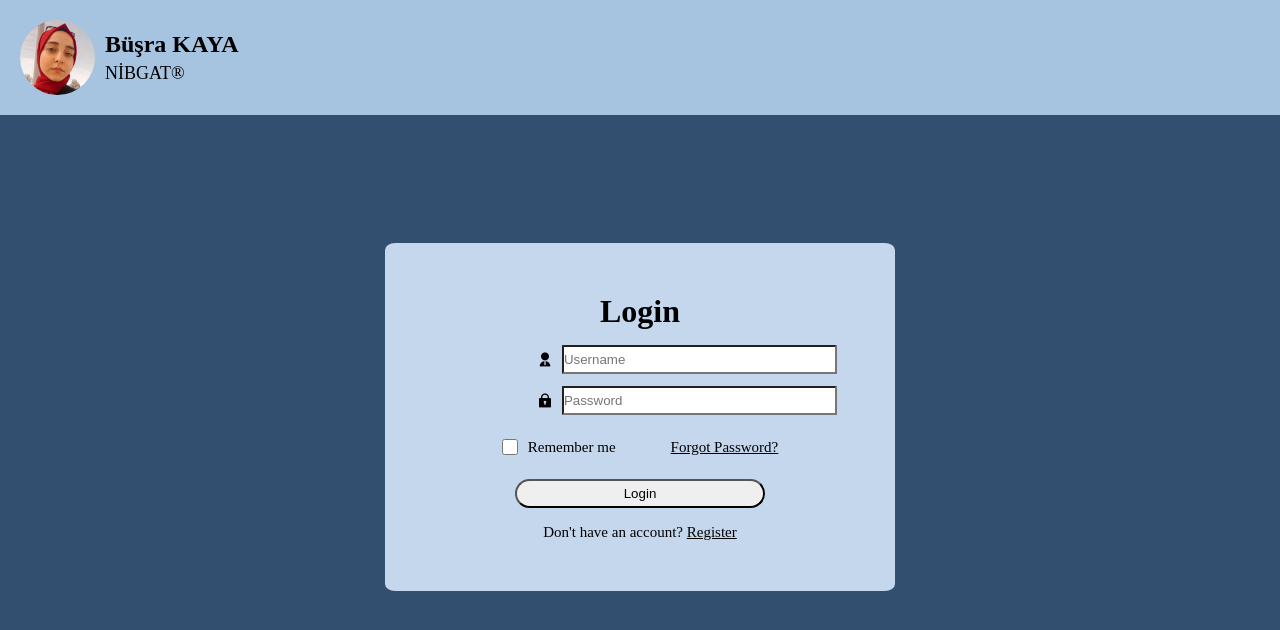
Repository: busra-kayaa/LoginPage
Page: login.html
These files come from the project's save history. The page is drawn as it stood at one moment and after the next save; the edit follows.
The browser window is 1280 px wide. The pictures show the whole page.

Above is the page before, as saved 2024-01-05 18:22:52.

### login.html
<!DOCTYPE html>
<html>
    <head>
        <meta name="author" content="Büşra Kaya"/>
        <title>Login Page</title>
        <link
            rel="stylesheet"
            href="./style.css"
            type="text/css"
        />
        <link
            rel="stylesheet"
            href="https://cdnjs.cloudflare.com/ajax/libs/remixicon/3.5.0/remixicon.css"
            crossorigin=""
        />  <!--Remixicon ikon kitaplığını bağlamak için bir stil dosyasını içerir.-->

    </head>
    <body>
        <div class="header-container">
            <div
                class="header-left-side-container"
            >
                <img
                    src="./busra.jpg"
                    height="75px"
                    width="75px"
                    class="logo"
                />
                <div class="header-desc-container">
                    <span class="header-title">
                        Büşra KAYA
                    </span>
                    <span class="header-content">
                        NİBGAT®
                    </span>
                </div>
            </div>
        </div>
        <div class="login-from-container">
            <div class ="login-text"><h1>Login</h1></div>
            <div class="input-group1">
                <i class="ri-user-2-fill"></i>
                <input
                    type="text"
                    placeholder="Username"
                    class="input-text"
                    autocomplete="off"
                />
            </div>
            <div class="input-group2">
                <i class="ri-lock-2-fill"></i>
                <input
                    type="password"
                    placeholder="Password"
                    class="input-text"
                    autocomplete="off"
                />
            </div>
            <div class="login__check">
                <div class="login__check-box">
                   <input type="checkbox" class="login__check-input" id="user-check">
                   <label for="user-check" class="login__check-label">Remember me</label>
                </div>

                <a href="#" target="_blank" class="login__forgot">Forgot Password?</a>
             </div>

             <button onclick="alert('Başarıyla Giriş Yaptınız.')" type="submit" class="login__button">Login</button>

             <div class="login__register">
                Don't have an account? <a href="#"  target="_blank">Register</a>
             </div>
        </div>
    </body>
</html>

### style.css

* {
    padding: 0;
    margin: 0;
}

body {
    background-color: #334F70;
}

.header-container {
    justify-content: space-between;
    background-color: #A6C4E0;
    flex-direction: row;
    align-items: center;
    padding: 20px;
    display: flex;
    margin-bottom: 10%;
}
.header-left-side-container {
    flex-direction: row;
    align-items: center;
    display: flex;
}

.logo {
    border-radius: 50%;
    margin-right: 10px;
}

.header-desc-container {
    display: flex;
    flex-direction: column;
}

.header-title {
    display: flex;
    flex-direction:column;
    font-weight: bold;
    font-size: 24px;
    margin-bottom: 5px;
}

.header-content {
    font-weight:normal;
    font-size: 18px;
    color:rgb(0, 0, 0);
}

.login-from-container {
    background-color: #C5D7ED;
    display: flex;
    border-radius: 2%;
    flex-direction: column;
    align-items: center;
    text-align: center;
    margin: auto;
    width: 32%;
    padding: 50px;
}

.login-text {
    padding-bottom: 15px;
}

.input-group1 {
    display: grid;
    grid-template-columns: 1fr max-content;
    column-gap: .55rem;
    align-items: center;
    margin-bottom: 3%;
}

.input-group1 i {
    font-size: 100 200 px;
}

.input-group2 {
    display: grid;
    grid-template-columns: 1fr max-content;
    column-gap: .55rem;
    align-items: center;

}

.input-group2 i {
    font-size: 100 200 px;
}
.input-text {
    display: flex;
    flex-direction: column;
    width: 150%;
    height: 25px;
    border-radius: 1%;
}

.login__check,
.login__check-box {
    display: flex;
    justify-content: space-between;
    align-items: center;
}

.login__check {
    font-size: 15px;
    margin-top: 1rem;
    margin-bottom: 1rem;
    gap: 55px;
}

.login__check-box {
    column-gap: 10px;
}

.login__check-input {
    width: 1rem;
    height: 2rem;
}

.login__forgot {
    color: black;
}

.login__forgot:hover {
    text-decoration: underline;
}

.login__button {
    width: 250px;
    padding: 5px;
    margin-bottom: 1rem;
    border-radius: 4rem;
    color: var(--black-color);
    font-weight: 500;
}

.login__button:hover {
    background-color: var(--highlight-color);
    color: var(--white-color);
}

.login__button:hover{
    opacity: 0.75;
    cursor: pointer;
}

.login__button:active{
    transform: translateY(2px);
}

.login__register {
    font-size: 15px;
    text-align: center;
}

.login__register a {
    color: var(--white-color);
    font-weight: 500;
}

.login__register a:hover {
    text-decoration: underline;
}

After the next save:
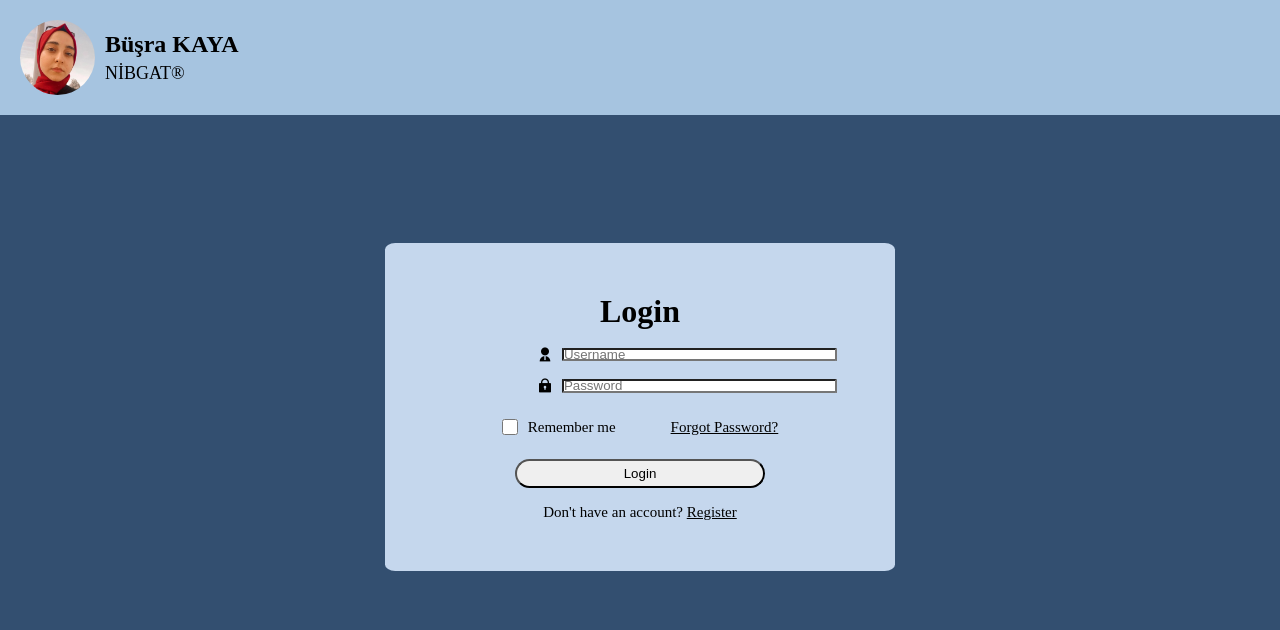
Saved 12 s later.
--- a/style.css
+++ b/style.css
@@ -90,7 +90,7 @@ body {
     display: flex;
     flex-direction: column;
     width: 150%;
-    height: 25px;
+    height: 50%;
     border-radius: 1%;
 }
 
